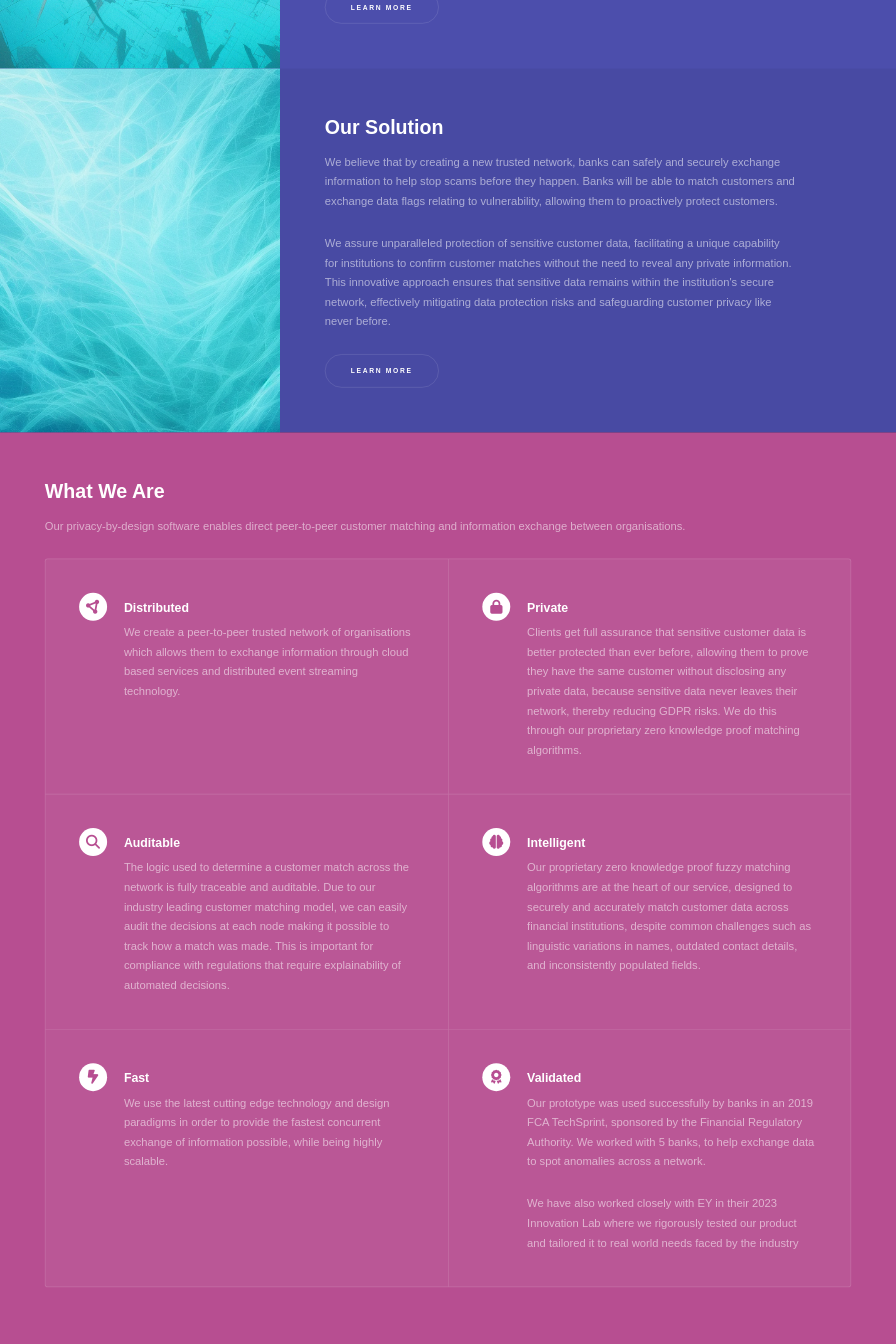
Repository: nocnoc94/nocnoc94.github.io
Page: index.html
The author's editor kept a copy of each file at every save. The page is drawn from the files as they stood at one save, then again after a run of saves.
The browser window is 1280 px wide. The pictures show the part of the page from y = 1477 to 3397 px (the page is 4563 px tall), at 70% of full size.

Above is the page before, as saved 2024-03-12 18:04:37.

After the next 3 saves:
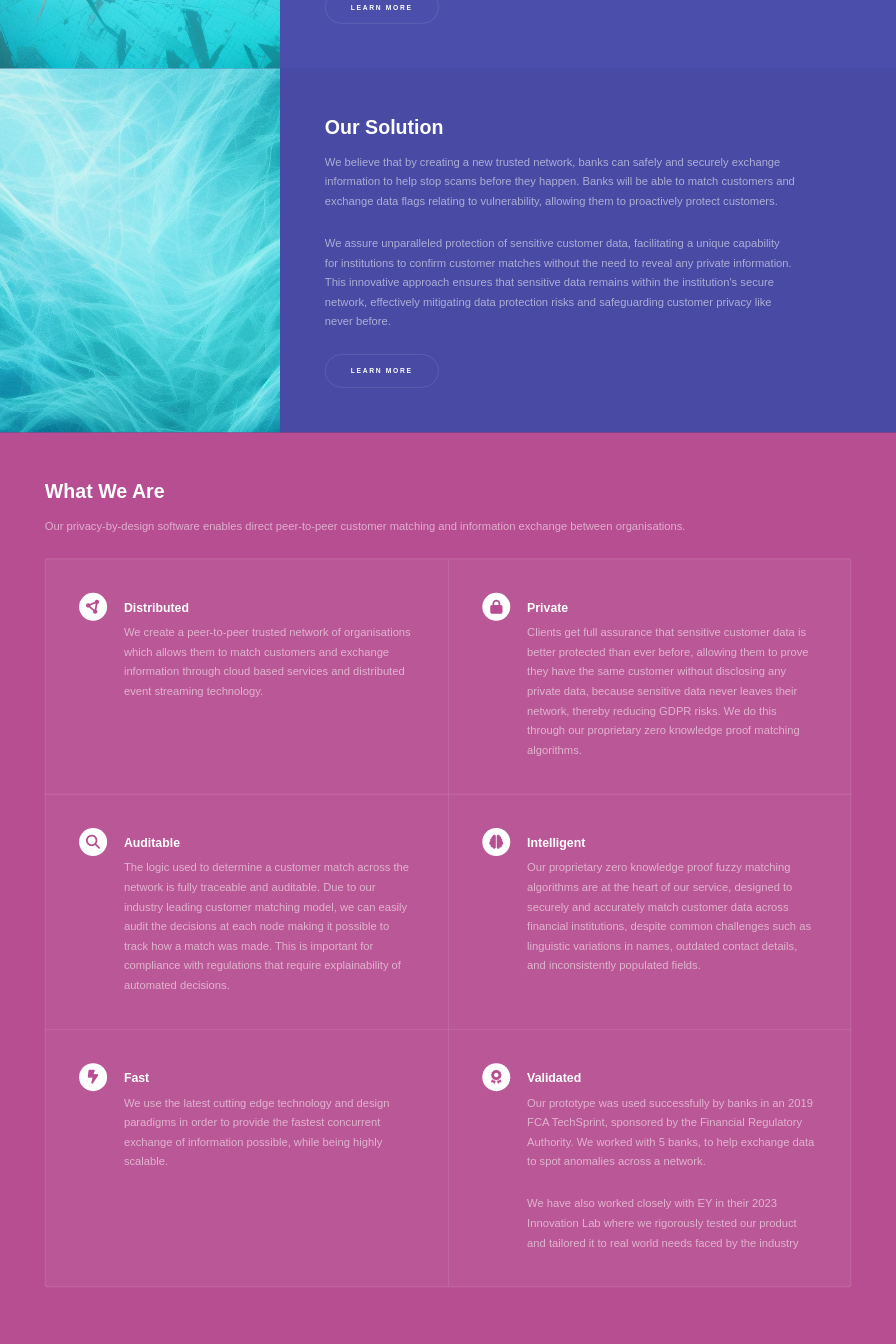
The 3 saves are shown as one change because they came seconds apart.
The last was saved 13 s later.
--- a/index.html
+++ b/index.html
@@ -41,7 +41,7 @@
 					<li id="introText">Match customers directly between themselves</li>
 					<li id="introText">Exchange data to help & protect their customers, safely and securely</li>
 				</ul>
-				<ul class="actions"	>
+				<ul class="actions">
 					<li></li>
 				</ul>
 			</div>
@@ -117,7 +117,8 @@
 					<section>
 						<span class="icon solid major fa-circle-nodes"></span>
 						<h3>Distributed</h3>
-						<p>We create a peer-to-peer trusted network of organisations which allows them to exchange
+						<p>We create a peer-to-peer trusted network of organisations which allows them to match
+							customers and exchange
 							information through cloud based services and distributed event streaming
 							technology.</p>
 					</section>
